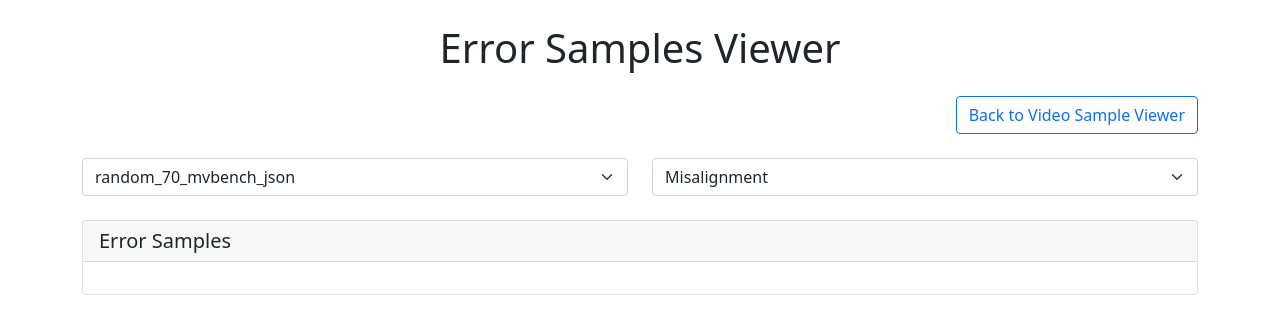
Repository: Baiqi-Li/video_benchmark_viewer
Page: http://localhost/error_samples
These files come from the project's save history. The page is drawn as it stood at one moment and after the next save; the edit follows.
The browser window is 1280 px wide. The pictures show the whole page.
The page is served by the project's application, run on Flask 3 (app.py).

Above is the page before, as saved 2025-05-04 17:45:21.

### templates/error_samples.html
<!DOCTYPE html>
<html lang="en">
<head>
    <meta charset="UTF-8">
    <meta name="viewport" content="width=device-width, initial-scale=1.0">
    <title>Error Samples Viewer</title>
    <link href="https://cdn.jsdelivr.net/npm/bootstrap@5.1.3/dist/css/bootstrap.min.css" rel="stylesheet">
    <style>
        .video-container {
            max-width: 800px;
            margin: 0 auto;
            background-color: #000;
            padding: 20px;
            border-radius: 5px;
        }
        .sample-info {
            margin-top: 20px;
            padding: 20px;
            background-color: #f8f9fa;
            border-radius: 5px;
        }
        #videoPlayer {
            width: 100%;
            max-height: 450px;
            background-color: #000;
        }
        .options-list {
            list-style-type: none;
            padding-left: 0;
        }
        .options-list li {
            padding: 8px;
            margin: 5px 0;
            background-color: #e9ecef;
            border-radius: 4px;
        }
        .error-type-badge {
            margin-right: 5px;
        }
    </style>
</head>
<body>
    <div class="container mt-4">
        <h1 class="text-center mb-4">Error Samples Viewer</h1>

        <div class="row mb-4">
            <div class="col-12 text-end">
                <a href="/" class="btn btn-outline-primary">Back to Video Sample Viewer</a>
            </div>
        </div>

        <div class="row mb-4">
            <div class="col-md-6">
                <select id="datasetSelect" class="form-select">
                    {% for dataset in datasets %}
                    <option value="{{ dataset }}">{{ dataset }}</option>
                    {% endfor %}
                </select>
            </div>
            <div class="col-md-6">
                <select id="errorTypeSelect" class="form-select">
                    <option value="Misalignment">Misalignment</option>
                    <option value="Wrong">Wrong</option>
                    <option value="Single Frame Bias">Single Frame Bias</option>
                    <option value="Others">Others</option>
                </select>
            </div>
        </div>

        <div class="row">
            <div class="col-12">
                <div class="card">
                    <div class="card-header">
                        <h5 class="mb-0">Error Samples</h5>
                    </div>
                    <div class="card-body">
                        <div id="errorSamplesList" class="list-group">
                            <!-- Error samples will be listed here -->
                        </div>
                    </div>
                </div>
            </div>
        </div>

        <div class="video-container mt-4" style="display: none;">
            <video id="videoPlayer" controls>
                Your browser does not support the video tag.
            </video>
        </div>

        <div class="sample-info" style="display: none;">
            <h3>Question</h3>
            <p id="question" class="lead"></p>

            <h3>Options</h3>
            <ul id="options" class="options-list"></ul>

            <h3>Answer</h3>
            <p id="answer" class="lead"></p>
        </div>
    </div>

    <script>
        let currentDataset = '';
        let currentErrorType = '';
        let errorSamples = [];

        // 加载数据集和错误类型选择
        document.getElementById('datasetSelect').addEventListener('change', function() {
            currentDataset = this.value;
            loadErrorSamples();
        });

        document.getElementById('errorTypeSelect').addEventListener('change', function() {
            currentErrorType = this.value;
            loadErrorSamples();
        });

        function loadErrorSamples() {
            if (!currentDataset || !currentErrorType) return;

            fetch('/get_error_samples', {
                method: 'POST',
                headers: {
                    'Content-Type': 'application/json',
                },
                body: JSON.stringify({
                    dataset: currentDataset,
                    error_type: currentErrorType
                })
            })
            .then(response => response.json())
            .then(data => {
                errorSamples = data.samples;
                displayErrorSamples();
            })
            .catch(error => {
                console.error('Error:', error);
                alert('Error loading error samples');
            });
        }

        function displayErrorSamples() {
            const listContainer = document.getElementById('errorSamplesList');
            listContainer.innerHTML = '';

            errorSamples.forEach((sample, index) => {
                const listItem = document.createElement('a');
                listItem.href = '#';
                listItem.className = 'list-group-item list-group-item-action';
                listItem.innerHTML = `
                    <div class="d-flex w-100 justify-content-between">
                        <h5 class="mb-1">Sample ${index + 1}</h5>
                        <small>ID: ${sample.id}</small>
                    </div>
                    <p class="mb-1">${sample.question || 'No question available'}</p>
                `;
                listItem.addEventListener('click', () => displaySample(sample));
                listContainer.appendChild(listItem);
            });
        }

        function displaySample(sample) {
            // 显示视频容器和样本信息
            document.querySelector('.video-container').style.display = 'block';
            document.querySelector('.sample-info').style.display = 'block';

            // 更新视频
            const videoPlayer = document.getElementById('videoPlayer');
            if (sample.video_url) {
                videoPlayer.src = sample.video_url;
                videoPlayer.load();
            }

            // 更新问题
            document.getElementById('question').textContent = sample.question || 'No question available';

            // 更新选项
            const optionsList = document.getElementById('options');
            optionsList.innerHTML = '';
            if (sample.options) {
                if (typeof sample.options === 'string' && sample.options.includes('\n')) {
                    const options = sample.options.split('\n');
                    options.forEach(option => {
                        if (option.trim()) {
                            const li = document.createElement('li');
                            li.textContent = option.trim();
                            optionsList.appendChild(li);
                        }
                    });
                } else if (Array.isArray(sample.options)) {
                    sample.options.forEach(option => {
                        const li = document.createElement('li');
                        li.textContent = option;
                        optionsList.appendChild(li);
                    });
                }
            }

            // 更新答案
            document.getElementById('answer').textContent = sample.answer || 'No answer available';
        }

        // 初始化
        currentDataset = document.getElementById('datasetSelect').value;
        currentErrorType = document.getElementById('errorTypeSelect').value;
        loadErrorSamples();
    </script>
</body>
</html>

Loaded but not shown: error_annotation/Misalignment.json (4 lines, source omitted); app.py (538 lines, source omitted)

After the next save:
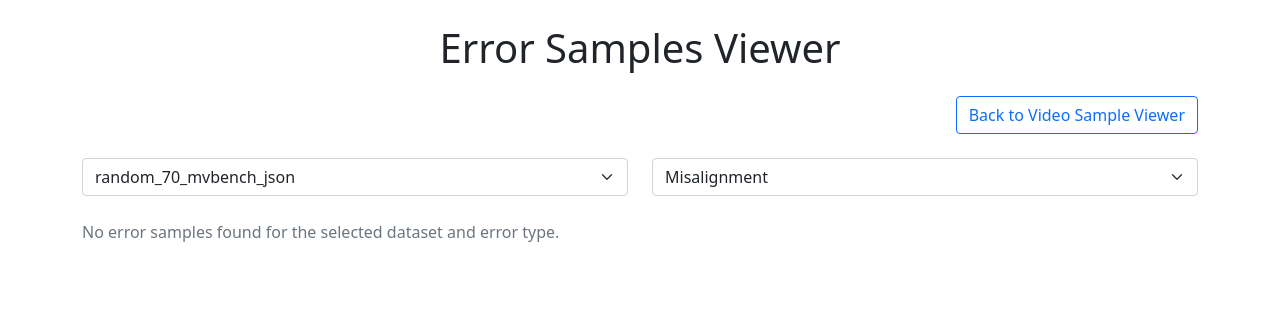
Saved 28 s later.
--- a/templates/error_samples.html
+++ b/templates/error_samples.html
@@ -37,6 +37,25 @@
         .error-type-badge {
             margin-right: 5px;
         }
+        .sample-card {
+            margin-bottom: 20px;
+            border: 1px solid #dee2e6;
+            border-radius: 5px;
+            background-color: #fff;
+        }
+        .sample-header {
+            background-color: #f8f9fa;
+            padding: 10px 15px;
+            border-bottom: 1px solid #dee2e6;
+            border-radius: 5px 5px 0 0;
+        }
+        .sample-body {
+            padding: 15px;
+        }
+        .sample-index {
+            font-size: 1.1em;
+            margin-bottom: 10px;
+        }
     </style>
 </head>
 <body>
@@ -67,17 +86,10 @@
             </div>
         </div>
 
-        <div class="row">
+        <div class="row mt-3">
             <div class="col-12">
-                <div class="card">
-                    <div class="card-header">
-                        <h5 class="mb-0">Error Samples</h5>
-                    </div>
-                    <div class="card-body">
-                        <div id="errorSamplesList" class="list-group">
-                            <!-- Error samples will be listed here -->
-                        </div>
-                    </div>
+                <div id="errorSamples" class="list-group">
+                    <!-- Error samples will be displayed here -->
                 </div>
             </div>
         </div>
@@ -117,7 +129,8 @@
         });
 
         function loadErrorSamples() {
-            if (!currentDataset || !currentErrorType) return;
+            const dataset = document.getElementById('datasetSelect').value;
+            const errorType = document.getElementById('errorTypeSelect').value;
 
             fetch('/get_error_samples', {
                 method: 'POST',
@@ -125,80 +138,59 @@
                     'Content-Type': 'application/json',
                 },
                 body: JSON.stringify({
-                    dataset: currentDataset,
-                    error_type: currentErrorType
+                    dataset: dataset,
+                    error_type: errorType
                 })
             })
             .then(response => response.json())
             .then(data => {
-                errorSamples = data.samples;
-                displayErrorSamples();
+                const container = document.getElementById('errorSamples');
+                container.innerHTML = '';
+
+                if (data.samples && data.samples.length > 0) {
+                    data.samples.forEach((sample, index) => {
+                        const card = document.createElement('div');
+                        card.className = 'sample-card';
+                        card.innerHTML = `
+                            <div class="sample-header">
+                                <h5 class="mb-0">Sample ${index + 1}</h5>
+                            </div>
+                            <div class="sample-body">
+                                <div class="sample-index">
+                                    <span class="badge bg-secondary">Sample Index: ${sample.original_index || index}</span>
+                                </div>
+                                <div class="mb-3">
+                                    <h6>Video URL</h6>
+                                    <p>${sample.video_url || 'No video URL available'}</p>
+                                </div>
+                                <div class="mb-3">
+                                    <h6>Question</h6>
+                                    <p>${sample.question || 'No question available'}</p>
+                                </div>
+                                <div class="mb-3">
+                                    <h6>Options</h6>
+                                    <ul class="options-list">
+                                        ${Array.isArray(sample.options)
+                                            ? sample.options.map(option => `<li>${option}</li>`).join('')
+                                            : (sample.options || 'No options available')}
+                                    </ul>
+                                </div>
+                                <div class="mb-3">
+                                    <h6>Answer</h6>
+                                    <p>${sample.answer || 'No answer available'}</p>
+                                </div>
+                            </div>
+                        `;
+                        container.appendChild(card);
+                    });
+                } else {
+                    container.innerHTML = '<p class="text-muted">No error samples found for the selected dataset and error type.</p>';
+                }
             })
             .catch(error => {
-                console.error('Error:', error);
-                alert('Error loading error samples');
+                console.error('Error loading error samples:', error);
+                alert('Error loading error samples. Please try again.');
             });
-        }
-
-        function displayErrorSamples() {
-            const listContainer = document.getElementById('errorSamplesList');
-            listContainer.innerHTML = '';
-
-            errorSamples.forEach((sample, index) => {
-                const listItem = document.createElement('a');
-                listItem.href = '#';
-                listItem.className = 'list-group-item list-group-item-action';
-                listItem.innerHTML = `
-                    <div class="d-flex w-100 justify-content-between">
-                        <h5 class="mb-1">Sample ${index + 1}</h5>
-                        <small>ID: ${sample.id}</small>
-                    </div>
-                    <p class="mb-1">${sample.question || 'No question available'}</p>
-                `;
-                listItem.addEventListener('click', () => displaySample(sample));
-                listContainer.appendChild(listItem);
-            });
-        }
-
-        function displaySample(sample) {
-            // 显示视频容器和样本信息
-            document.querySelector('.video-container').style.display = 'block';
-            document.querySelector('.sample-info').style.display = 'block';
-
-            // 更新视频
-            const videoPlayer = document.getElementById('videoPlayer');
-            if (sample.video_url) {
-                videoPlayer.src = sample.video_url;
-                videoPlayer.load();
-            }
-
-            // 更新问题
-            document.getElementById('question').textContent = sample.question || 'No question available';
-
-            // 更新选项
-            const optionsList = document.getElementById('options');
-            optionsList.innerHTML = '';
-            if (sample.options) {
-                if (typeof sample.options === 'string' && sample.options.includes('\n')) {
-                    const options = sample.options.split('\n');
-                    options.forEach(option => {
-                        if (option.trim()) {
-                            const li = document.createElement('li');
-                            li.textContent = option.trim();
-                            optionsList.appendChild(li);
-                        }
-                    });
-                } else if (Array.isArray(sample.options)) {
-                    sample.options.forEach(option => {
-                        const li = document.createElement('li');
-                        li.textContent = option;
-                        optionsList.appendChild(li);
-                    });
-                }
-            }
-
-            // 更新答案
-            document.getElementById('answer').textContent = sample.answer || 'No answer available';
         }
 
         // 初始化
